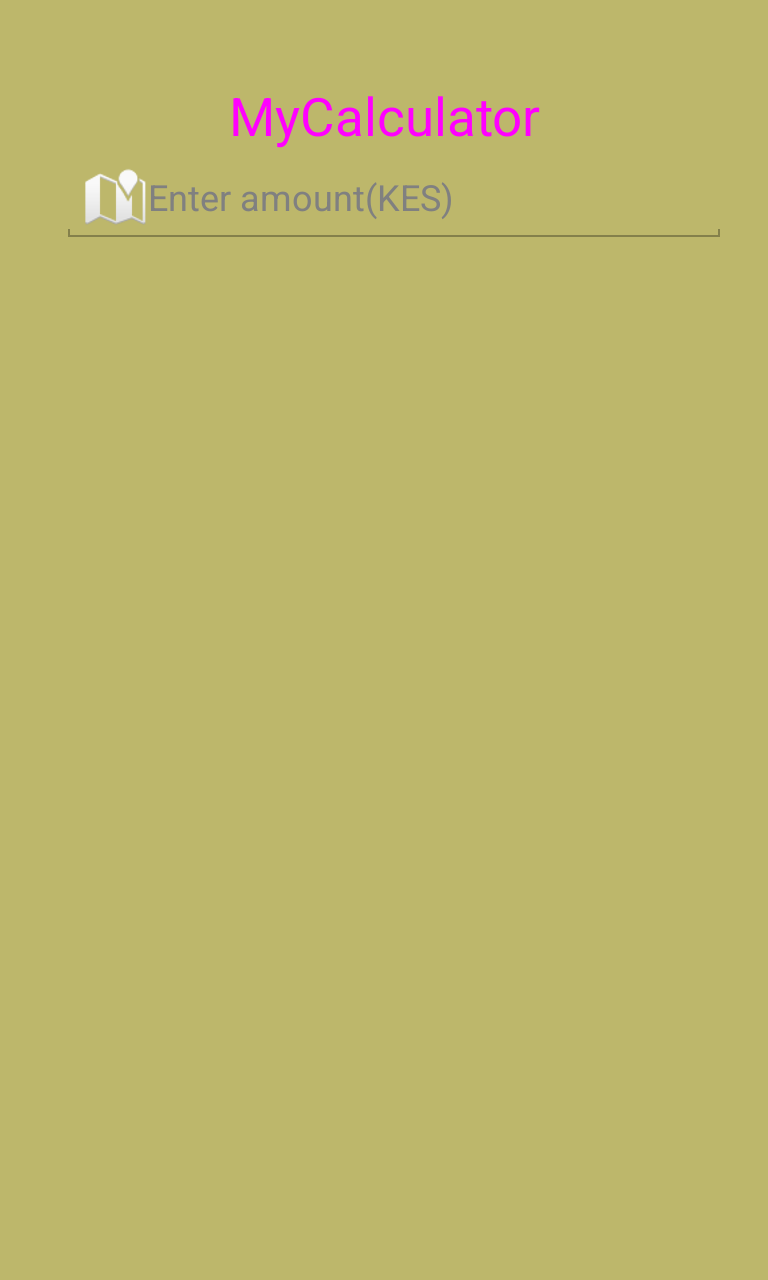
Repository: njiiriJohnii/Android-projects
Layout: MySimpleCalc/res/layout/activity_main.xml
An editor plug-in stored every save of this project. The layout is shown before and after the next save, followed by the edit.
It is drawn on a 768 x 1280 px phone screen (xhdpi) without system bars, with theme AppTheme; the app's code is not run.

Above is the layout before, as saved 2014-05-29 08:31:44.

### MySimpleCalc/res/layout/activity_main.xml
<LinearLayout xmlns:android="http://schemas.android.com/apk/res/android"
    android:layout_width="fill_parent"
    android:layout_height="fill_parent"
    android:orientation="vertical"
    android:background="#BDB76B">
    <TextView
        android:layout_width="fill_parent"
        android:layout_height="wrap_content"
        android:text="MyCalculator"
        android:layout_marginTop="40dp"
        android:gravity="center"
        android:textColor="#FF00FF"
        android:textSize="12pt"
        />
    <EditText
        android:layout_width="fill_parent"
        android:layout_height="wrap_content"
        android:hint="Enter amount(KES)"
        android:layout_marginLeft="30dp"
        android:layout_marginRight="20dp"
        android:drawableLeft="@android:drawable/ic_dialog_map"
        />


</LinearLayout>

Loaded but not shown: MySimpleCalc/res/values/styles.xml (common file); MySimpleCalc/res/values-v11/styles.xml (common file); MySimpleCalc/res/values-v14/styles.xml (common file)

After the next save:
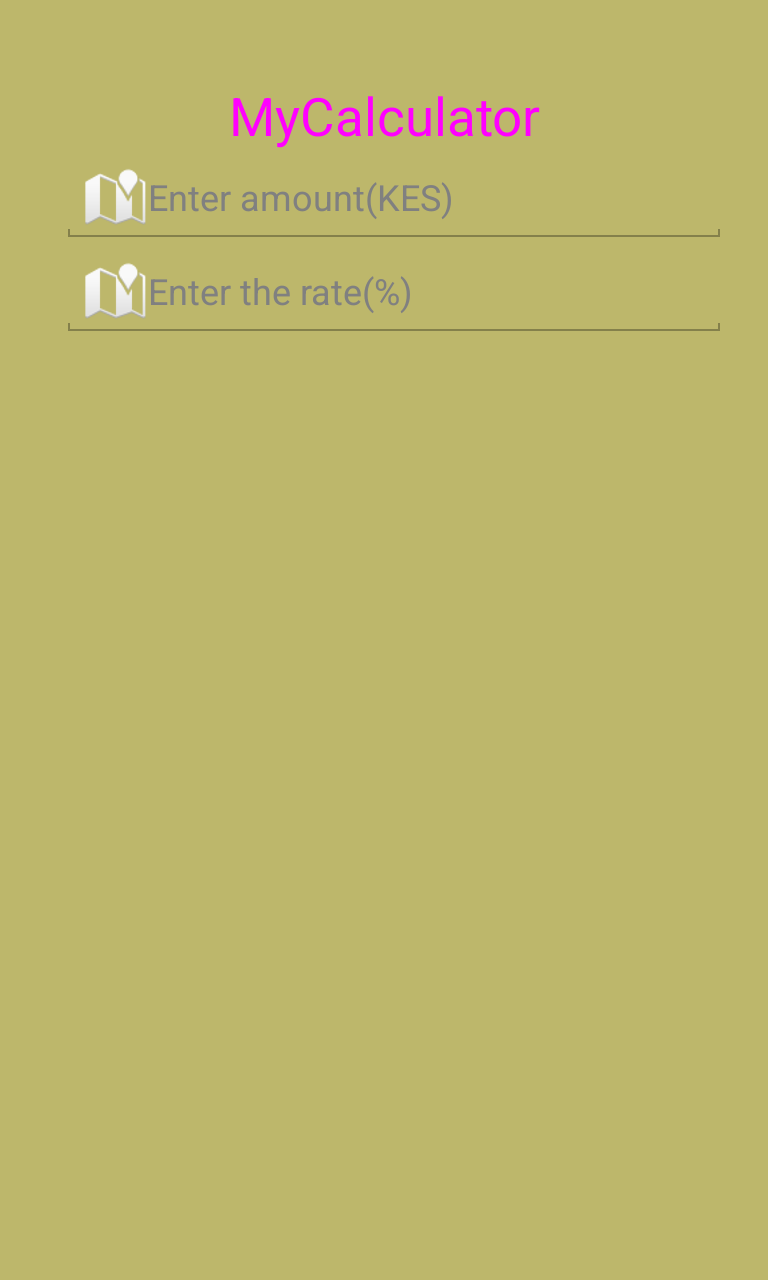
Saved 7 min 13 s later.
--- a/MySimpleCalc/res/layout/activity_main.xml
+++ b/MySimpleCalc/res/layout/activity_main.xml
@@ -13,6 +13,7 @@
         android:textSize="12pt"
         />
     <EditText
+        android:id="@+id/amount"
         android:layout_width="fill_parent"
         android:layout_height="wrap_content"
         android:hint="Enter amount(KES)"
@@ -20,6 +21,18 @@
         android:layout_marginRight="20dp"
         android:drawableLeft="@android:drawable/ic_dialog_map"
         />
+     <EditText
+        android:id="@+id/rate"
+        android:layout_width="fill_parent"
+        android:layout_height="wrap_content"
+        android:hint="Enter the rate(%)"
+        android:layout_marginLeft="30dp"
+        android:layout_marginRight="20dp"
+        android:drawableLeft="@android:drawable/ic_dialog_map"
+        />
+     <EditText
+         android:id="@+id/time"
+         />
 
 
 </LinearLayout>
